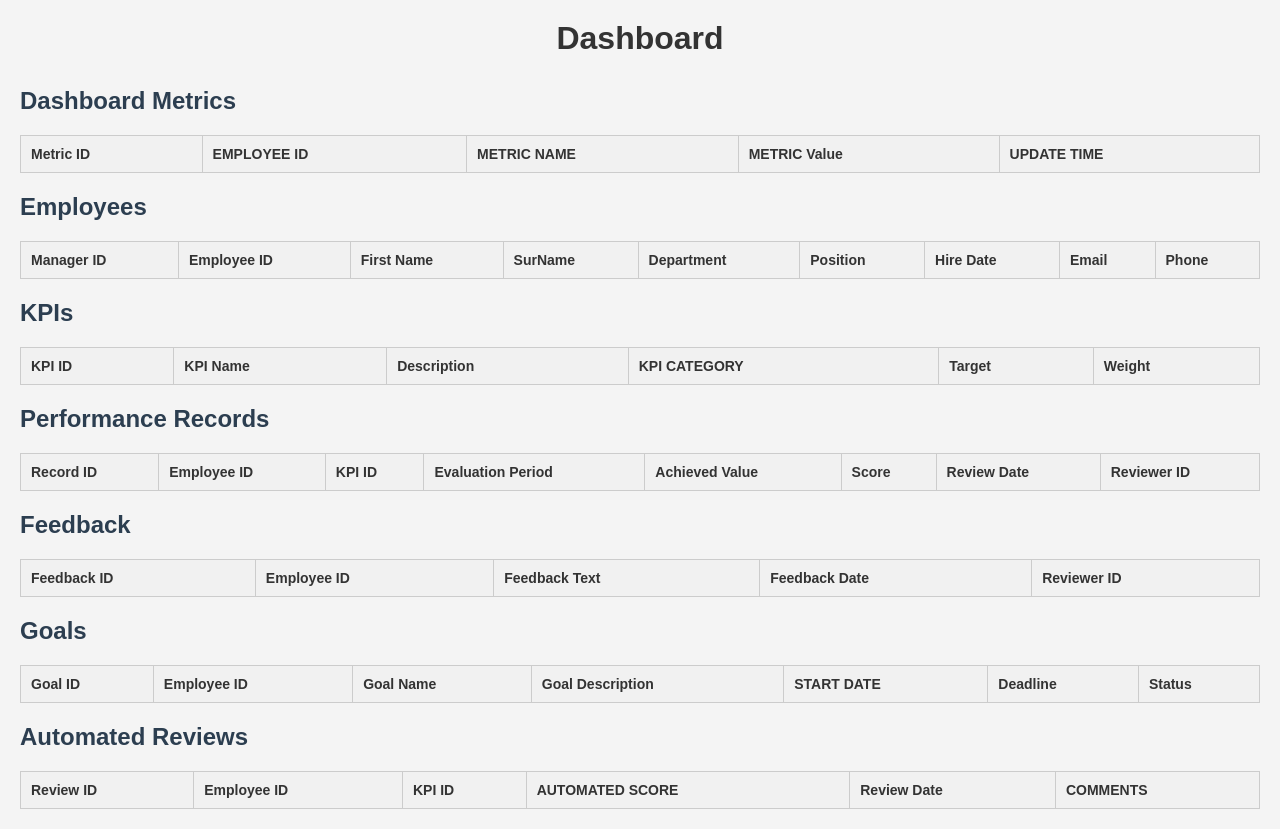
Repository: Wuda2000/Mongodb
Page: http://localhost/dashboard
An editor plug-in stored every save of this project. The page is shown before and after the next save, followed by the edit.
The browser window is 1280 px wide. The pictures show the whole page.
The page is served by the project's application, run on Flask 3 (app.py). Queries for data that is not in the repository find no rows.

Above is the page before, as saved 2024-11-11 18:52:50.

### templates/dashboard.html
<!DOCTYPE html>
<html lang="en">
<head>
    <meta charset="UTF-8">
    <meta name="viewport" content="width=device-width, initial-scale=1.0">
    <title>Dashboard</title>
    <link rel="stylesheet" href="{{ url_for('static', filename='styles.css') }}">
</head>
<body>
    <h1>Dashboard</h1>


    <!-- Dashboard Metrics Table -->
    <h2>Dashboard Metrics</h2>
    <table border="1">
        <thead>
            <tr>
                <th>Metric ID</th>
                <th>EMPLOYEE ID</th>
                <th>METRIC NAME</th>
                <th>METRIC Value</th>
                <th>UPDATE TIME</th>
            </tr>
        </thead>
        <tbody>
            {% for metric in dashboard_metrics %}
                <tr>
                    <td>{{ metric['metric_id'] }}</td>
                    <td>{{ metric['employee_id'] }}</td>
                    <td>{{ metric['metric_name'] }}</td>
                    <td>{{ metric['metric_value'] }}</td>
                    <td>{{ metric['update_time'] }}</td>
                </tr>
            {% endfor %}
        </tbody>
    </table>

    <!-- Employees Table -->
    <h2>Employees</h2>
    <table border="1">
        <thead>
            <tr>
                <th>Manager ID</th>
                <th>Employee ID</th>
                <th>First Name</th>
                <th>SurName</th>
                <th>Department</th>
                <th>Position</th>
                <th>Hire Date</th>
                <th>Email</th>
                <th>Phone</th>
            </tr>
        </thead>
        <tbody>
            {% for employee in employees %}
                <tr>
                    <td>{{ employee['manager_id'] }}</td>
                    <td>{{ employee['employee_id'] }}</td>
                    <td>{{ employee['first_name'] }}</td>
                    <td>{{ employee['last_name'] }}</td>
                    <td>{{ employee['department'] }}</td>
                    <td>{{ employee['position'] }}</td>
                    <td>{{ employee['date_hired'] }}</td>
                    <td>{{ employee['email'] }}</td>
                    <td>{{ employee['phone'] }}</td>
                </tr>
            {% endfor %}
        </tbody>
    </table>

    <!-- KPIs Table -->
    <h2>KPIs</h2>
    <table border="1">
        <thead>
            <tr>
                <th>KPI ID</th>
                <th>KPI Name</th>
                <th>Description</th>
                <th>KPI CATEGORY</th>
                <th>Target</th>
                <th>Weight</th>
            </tr>
        </thead>
        <tbody>
            {% for kpi in kpis %}
                <tr>
                    <td>{{ kpi['kpi_id'] }}</td>
                    <td>{{ kpi['kpi_name'] }}</td>
                    <td>{{ kpi['description'] }}</td>
                    <td>{{ kpi['kpi_category'] }}</td>
                    <td>{{ kpi['target_value'] }}</td>
                    <td>{{ kpi['weight'] }}</td>
                </tr>
            {% endfor %}
        </tbody>
    </table>

    <!-- Performance Records Table -->
    <h2>Performance Records</h2>
    <table border="1">
        <thead>
            <tr>
                <th>Record ID</th>
                <th>Employee ID</th>
                <th>KPI ID</th>
                <th>Evaluation Period</th>
                <th>Achieved Value</th>
                <th>Score</th>
                <th>Review Date</th>
                <th>Reviewer ID</th>
            </tr>
        </thead>
        <tbody>
            {% for record in performance_records %}
                <tr>
                    <td>{{ record['Record ID'] }}</td>
                    <td>{{ record['Employee ID'] }}</td>
                    <td>{{ record['KPI ID'] }}</td>
                    <td>{{ record['Evaluation Period'] }}</td>
                    <td>{{ record['Achieved Value'] }}</td>
                    <td>{{ record['Score'] }}</td>
                    <td>{{ record['Review Date'] }}</td>
                    <td>{{ record['Reviewer ID'] }}</td>
                </tr>
            {% endfor %}
        </tbody>
    </table>

    <!-- Feedback Table -->
    <h2>Feedback</h2>
    <table border="1">
        <thead>
            <tr>
                <th>Feedback ID</th>
                <th>Employee ID</th>
                <th>Feedback Text</th>
                <th>Feedback Date</th>
                <th>Reviewer ID</th>
            </tr>
        </thead>
        <tbody>
            {% for feedback in feedbacks %}
                <tr>
                    <td>{{ feedback['Feedback ID'] }}</td>
                    <td>{{ feedback['Employee ID'] }}</td>
                    <td>{{ feedback['Feedback Text'] }}</td>
                    <td>{{ feedback['Feedback Date'] }}</td>
                    <td>{{ feedback['Reviewer ID'] }}</td>
                </tr>
            {% endfor %}
        </tbody>
    </table>

    <!-- Goals Table -->
    <h2>Goals</h2>
    <table border="1">
        <thead>
            <tr>
                <th>Goal ID</th>
                <th>Employee ID</th>
                <th>Goal Name</th>
                <th>Goal Description</th>
                <th>START DATE</th>
                <th>Deadline</th>
                <th>Status</th>
            </tr>
        </thead>
        <tbody>
            {% for goal in goals %}
                <tr>
                    <td>{{ goal['goal_id'] }}</td>
                    <td>{{ goal['employee_id'] }}</td>
                    <td>{{ goal['kpi_id'] }}</td>
                    <td>{{ goal['goal_description'] }}</td>
                    <td>{{ goal['goal_start_date'] }}</td>
                    <td>{{ goal['goal_due_date'] }}</td>
                    <td>{{ goal['goal_status'] }}</td>
                </tr>
            {% endfor %}
        </tbody>
    </table>

    <!-- Automated Reviews Table -->
    <h2>Automated Reviews</h2>
    <table border="1">
        <thead>
            <tr>
                <th>Review ID</th>
                <th>Employee ID</th>
                <th>KPI ID</th>
                <th>AUTOMATED SCORE</th>
                <th>Review Date</th>
                <th>COMMENTS</th>
            </tr>
        </thead>
        <tbody>
            {% for review in automated_reviews %}
                <tr>
                    <td>{{ review['review_id'] }}</td>
                    <td>{{ review['employee_id'] }}</td>
                    <td>{{ review['kpi_id'] }}</td>
                    <td>{{ review['automated_score'] }}</td>
                    <td>{{ review['review_date'] }}</td>
                    <td>{{ review['comments'] }}</td>
                </tr>
            {% endfor %}
        </tbody>
    </table>



</body>
</html>

### app.py
from flask import Flask, render_template
from pymongo import MongoClient

app = Flask(__name__)

# Connect to MongoDB
client = MongoClient('mongodb://localhost:27017/')
db = client['companyDB']

# Access the collections
employees_collection = db['Employees']
kpis_collection = db['KPIs']
performance_records_collection = db['Performance Records']
feedback_collection = db['Feedback']
goals_collection = db['Goals']
automated_reviews_collection = db['Automated Reviews']
dashboard_metrics_collection = db['Dashboard Metrics']

# Route for the home page to display employees
@app.route('/')
def index():
    employees = list(employees_collection.find())
    return render_template('index.html', employees=employees)

# Route to display KPIs
@app.route('/kpis')
def display_kpis():
    kpis = list(kpis_collection.find())
    return render_template('kpis.html', kpis=kpis)

# Route to display Performance Records
@app.route('/performance-records')
def display_performance_records():
    performance_records = list(performance_records_collection.find())
    return render_template('performance_records.html', performance_records=performance_records)

# Route to display Feedback
@app.route('/feedback')
def display_feedback():
    feedbacks = list(feedback_collection.find())
    return render_template('feedback.html', feedbacks=feedbacks)

# Route to display Goals
@app.route('/goals')
def display_goals():
    goals = list(goals_collection.find())
    return render_template('goals.html', goals=goals)

# Route to display Automated Reviews
@app.route('/automated-reviews')
def display_automated_reviews():
    automated_reviews = list(automated_reviews_collection.find())
    return render_template('automated_reviews.html', automated_reviews=automated_reviews)

# Route to display Dashboard Metrics
@app.route('/dashboard-metrics')
def display_dashboard_metrics():
    dashboard_metrics = list(dashboard_metrics_collection.find())
    return render_template('dashboard_metrics.html', dashboard_metrics=dashboard_metrics)

# New route to display everything on one page (Dashboard)
@app.route('/dashboard')
def dashboard():
    # Fetch data from MongoDB collections
    employees = list(employees_collection.find())
    kpis = list(kpis_collection.find())
    performance_records = list(performance_records_collection.find())
    feedbacks = list(feedback_collection.find())
    goals = list(goals_collection.find())
    automated_reviews = list(automated_reviews_collection.find())
    dashboard_metrics = list(dashboard_metrics_collection.find())

    # Pass all data to the dashboard.html template
    return render_template('dashboard.html',
                           employees=employees,
                           kpis=kpis,
                           performance_records=performance_records,
                           feedbacks=feedbacks,
                           goals=goals,
                           automated_reviews=automated_reviews,
                           dashboard_metrics=dashboard_metrics)

if __name__ == '__main__':
    app.run(debug=True)

### static/styles.css
/* Basic reset */
* {
    margin: 0;
    padding: 0;
    box-sizing: border-box;
}

/* Body styling */
body {
    font-family: Arial, sans-serif;
    background-color: #f4f4f4;
    margin: 20px;
}

/* Header styling */
h1 {
    color: #333;
    text-align: center;
    margin-bottom: 30px;
}

h2 {
    color: #555;
    margin-top: 20px;
    font-size: 1.5em;
}

/* Table styling */

table {
    width: 100%;
    margin: 20px 0;
    border-collapse: collapse;
    background-color: white;
}

table, th, td {
    border: 1px solid #ccc;
    padding: 10px;
}

th {
    background-color: #f1f1f1;
    color: #333;
    text-align: left;
}

td {
    color: #555;
}

/* Table hover effect */
tr:hover {
    background-color: #f9f9f9;
}

/* Make sure the content is not too small */
table td, table th {
    font-size: 14px;
    word-wrap: break-word;
}

/* Make the page more readable */
table {
    max-width: 100%;
    overflow-x: auto;
}

h2 {
    font-size: 1.5em;
    color: #2c3e50;
}

After the next save:
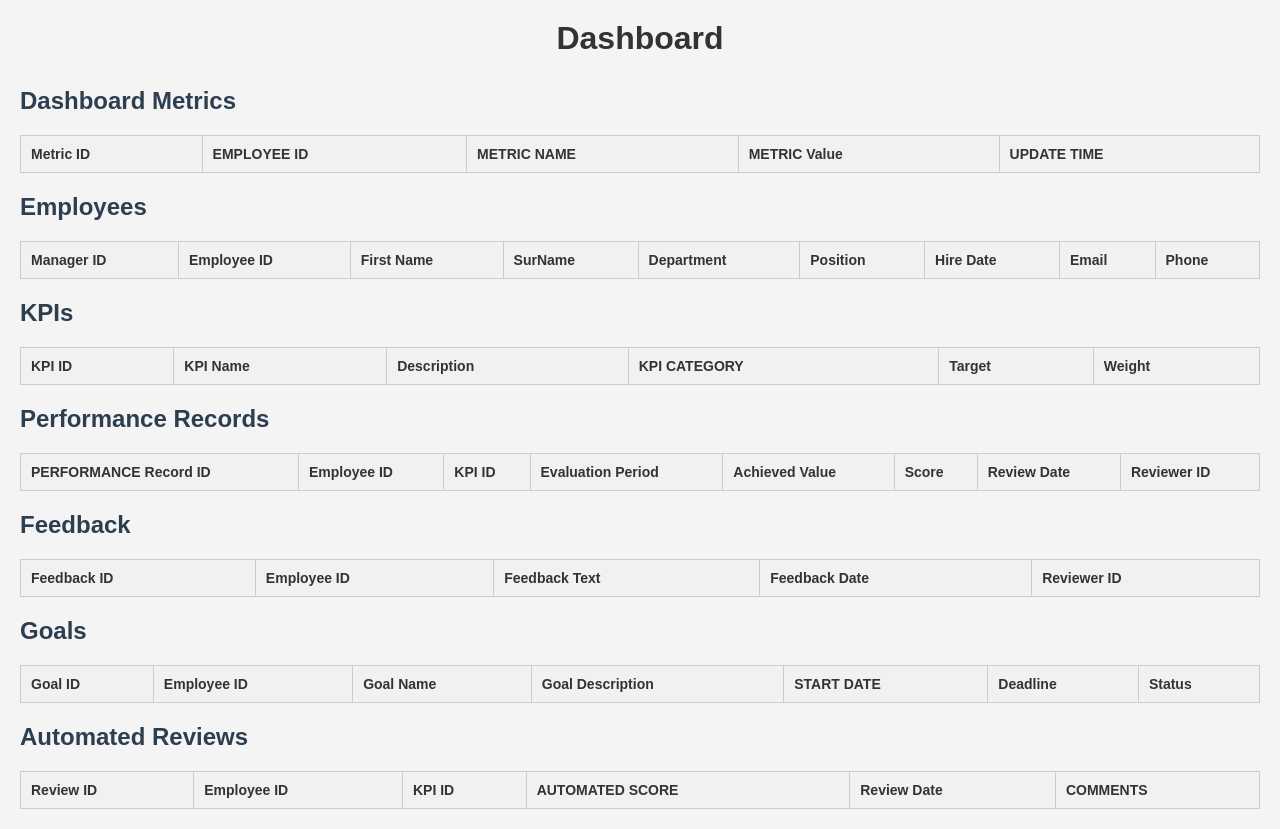
Saved 97 s later.
--- a/templates/dashboard.html
+++ b/templates/dashboard.html
@@ -100,7 +100,7 @@
     <table border="1">
         <thead>
             <tr>
-                <th>Record ID</th>
+                <th>PERFORMANCE Record ID</th>
                 <th>Employee ID</th>
                 <th>KPI ID</th>
                 <th>Evaluation Period</th>
